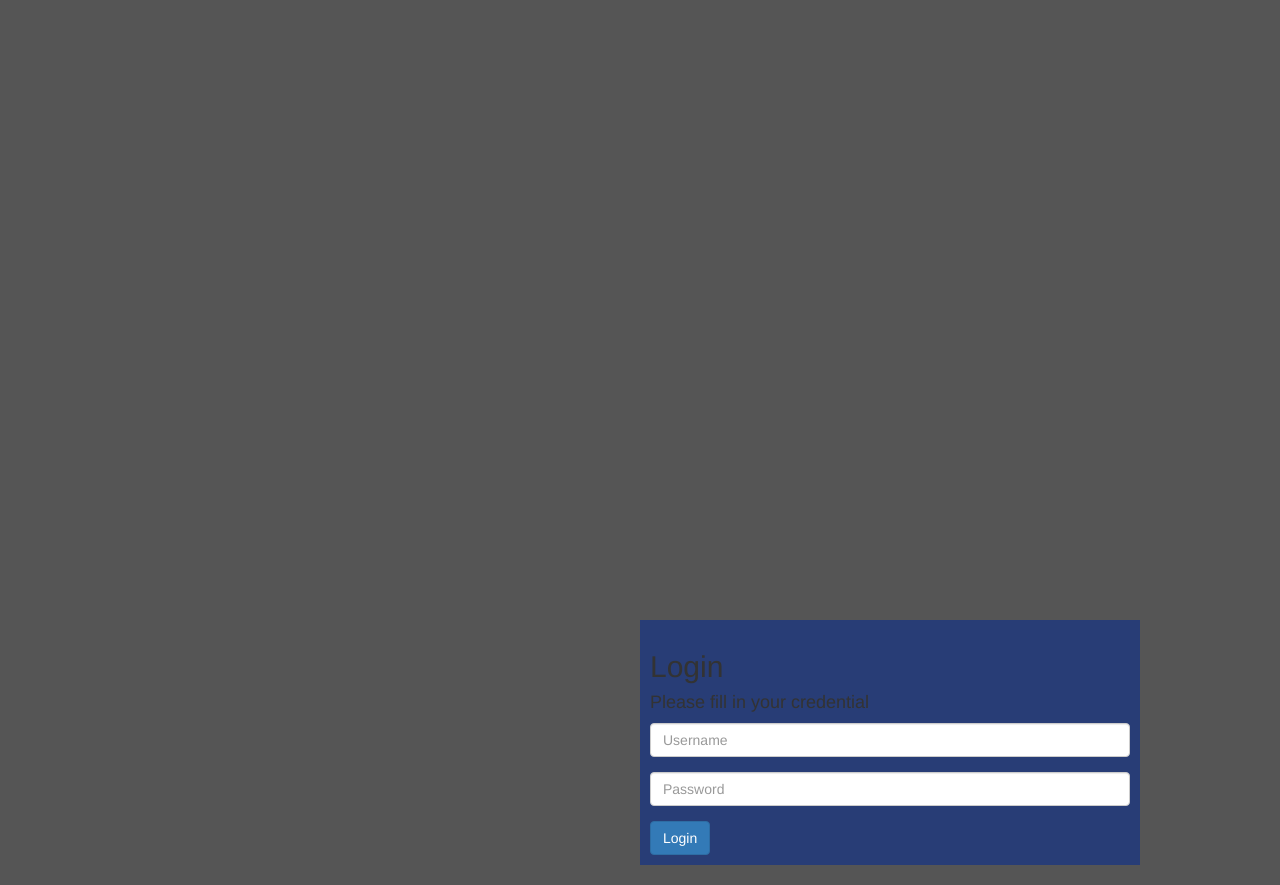
Repository: manjuladevadoss/DemoProject
Page: Eclipseworkspace/DemoTrans/html/login.html
These files come from the project's save history. The page is drawn as it stood at one moment and after the next save; the edit follows.
The browser window is 1280 px wide. The pictures show the whole page.

Above is the page before, as saved 2019-02-20 09:16:25.

### Eclipseworkspace/DemoTrans/html/login.html
<!DOCTYPE html>
<html lang="en">
<head>
<meta charset="utf-8">
<meta http-equiv="X-UA-Compatible" content="IE=edge">
<meta name="viewport" content="width=device-width, initial-scale=1">

<link rel="stylesheet" href="https://maxcdn.bootstrapcdn.com/bootstrap/3.3.7/css/bootstrap.min.css">
<script src="https://ajax.googleapis.com/ajax/libs/jquery/1.12.4/jquery.min.js"></script>
<script src="https://maxcdn.bootstrapcdn.com/bootstrap/3.3.7/js/bootstrap.min.js"></script>
<style type="text/css">
    .bs-example{
    	margin: 20px;
    }
body {
  background: #555;
}

.content {
  max-width: 500px;
  margin: auto;
  background: #283D76;
  padding: 10px;
    margin-top: 50%;
    margin-left: 50%;
}
h1 {
  color: white;
  font-family: Roboto, Helvetica, sans-serif;
}
h3 {
  color: white;
  font-family: Roboto, Helvetica, sans-serif;
}
</style>
</head>
<body>
<div class="bs-example">
    <form action="/examples/actions/confirmation.php" method="post">
    <div class="content">
    <h2>Login </h2>
    <h4>Please fill in your credential </h4>
        <div class="form-group">
            <input type="text" class="form-control" id="inputEmail" placeholder="Username" required>
        </div>
        <div class="form-group">
            <input type="password" class="form-control" id="inputPassword" placeholder="Password" required>
        </div>
        <!-- <div class="checkbox">
            <label><input type="checkbox"> Remember me</label>
        </div>
       -->
        <button type="submit" class="btn btn-primary">Login</button>
        </div>
    </form>
</div>
</body>
</html>

After the next save:
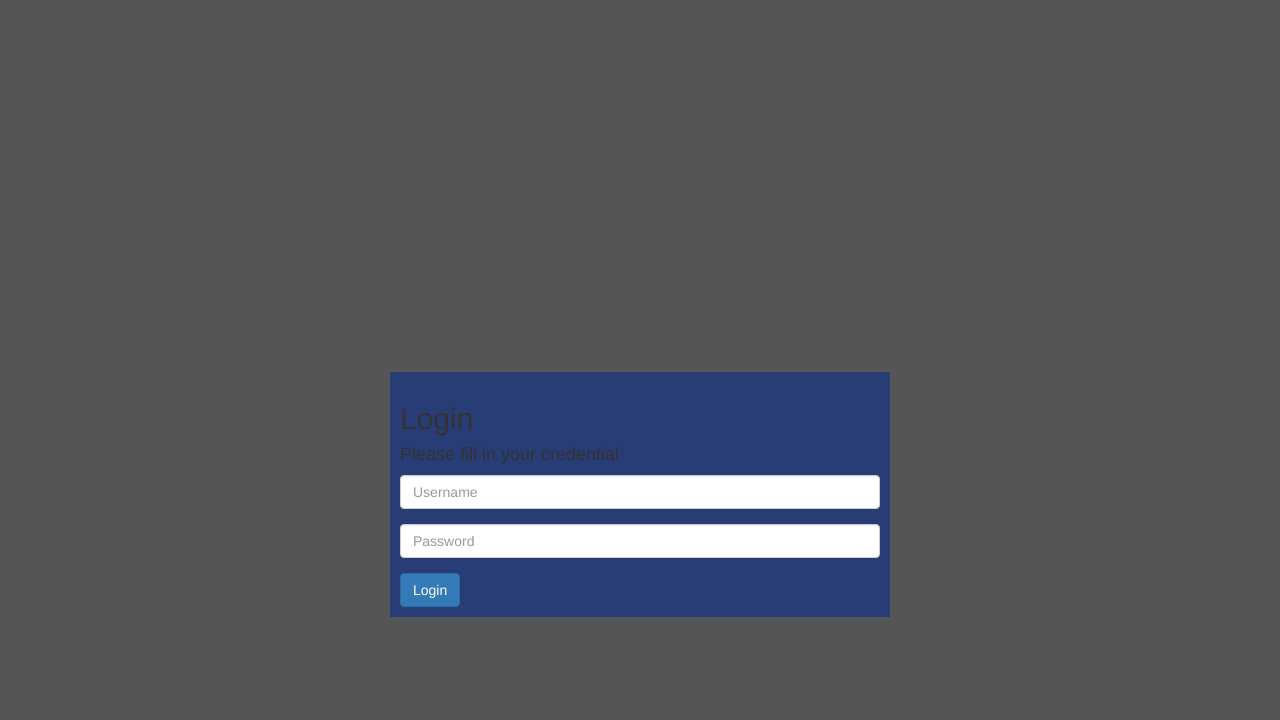
Saved 80 s later.
--- a/Eclipseworkspace/DemoTrans/html/login.html
+++ b/Eclipseworkspace/DemoTrans/html/login.html
@@ -21,8 +21,7 @@ body {
   margin: auto;
   background: #283D76;
   padding: 10px;
-    margin-top: 50%;
-    margin-left: 50%;
+    margin-top: 30%;
 }
 h1 {
   color: white;
